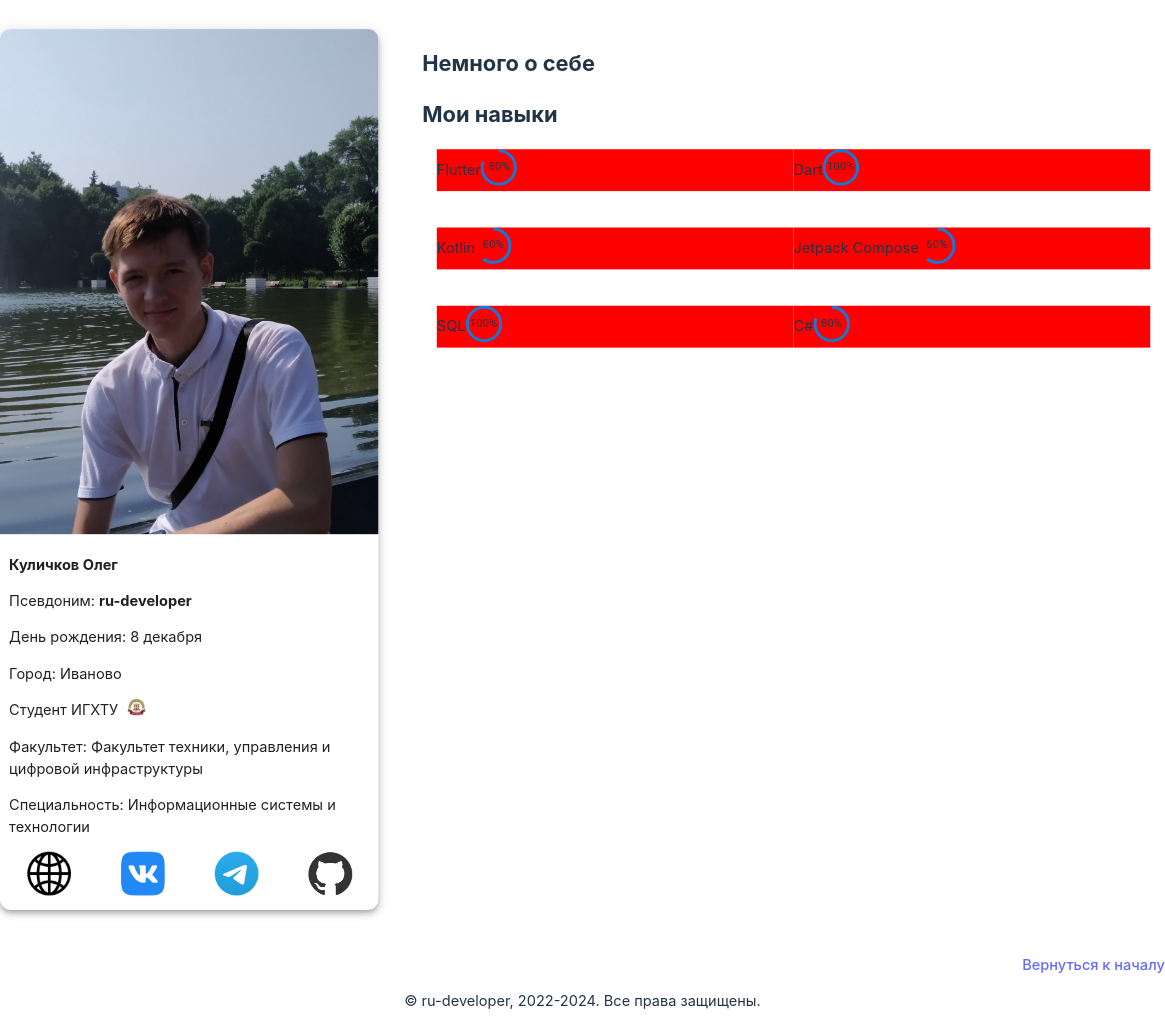
Repository: HubOl01/my_profile
Page: /
These files come from the project's save history. The page is drawn as it stood at one moment and after a run of saves; the edit follows.
The browser window is 1280 px wide. The pictures show the whole page, at 91% of full size.
The project was rebuilt for these pictures with package versions that can differ from the ones it lists, and the page was loaded fresh each time. Also part of the build but not shown: vite.config.ts, src/components/header/Header.module.scss, src/data/websites.ts.

Above is the page before, as saved 2024-03-09 10:46:24.

### src/App.tsx
import { Grid } from '@mui/material'
import './App.css'
import Common from './components/center/Common'
import Footer from './components/footer/Footer'
import Header from './components/header/Header'
import LeftBar from './components/left/LeftBar'
import style from './App.module.scss'

function App() {

  return (
    <>
      <Header />
      <Grid container spacing={2}>
        <Grid className={style.profile} item xs={4}>
          <LeftBar />
        </Grid>
        <Grid item xs>
          <Common />
        </Grid>
      </Grid>
      <Footer />
    </>
  )
}

export default App

### src/App.css
#root {
  max-width: 1280px;
  margin: 0 auto;
  /* padding: 2rem; */
  /* text-align: center; */
}
.logo:hover {
  filter: drop-shadow(0 0 2em #646cffaa);
}
.logo.react:hover {
  filter: drop-shadow(0 0 2em #61dafbaa);
}

@keyframes logo-spin {
  from {
    transform: rotate(0deg);
  }
  to {
    transform: rotate(360deg);
  }
}

@media (prefers-reduced-motion: no-preference) {
  a:nth-of-type(2) .logo {
    animation: logo-spin infinite 20s linear;
  }
}

/* .card {
  padding: 2em;
} */

.read-the-docs {
  color: #888;
}


/* .profile{
  min-width: 100%;
} */

### src/components/center/Common.tsx
import React from 'react'
import styles from './styles.module.scss'
import { Box, Grid } from '@mui/material'
import { CircularProgressWithLabel } from '../atoms/circularProgressWithLabel'
import { my_skills } from '../../data/my_skills'

export default function Common() {
  return (
    <div className={styles.center_common}>
      <h2>Немного о себе</h2>
      <p>

      </p>
      <h2>
        Мои навыки
      </h2>
      <Grid container margin={2} rowGap={5}>
        {
          my_skills.map((skill) =>
            <Grid xs={6}>
              <Box sx={{
               width: "100%",
               background: "red"
              }}>
                <Box
                  style={{
                    display: "inline-block",
                    // position: "relative",
                    // top: "50%",
                    // "textAlign": "left",
                    "textAlign": "center",
                    transform: "translateY(-50%)",
                  }}
                >
                  {skill.name}
                </Box>
                <CircularProgressWithLabel value={skill.progress * 100} />


              </Box>
            </Grid>
          )
        }
        {/*
        <Grid xs={6} ><CircularProgressWithLabel value={my_skills[0].progress}/></Grid> */}
        {/* <Grid xs={6} ><CircularProgressWithLabel value={}/><</Grid>
        <Grid xs={6} ><CircularProgressWithLabel value={}/><</Grid>
        <Grid xs={6} ><CircularProgressWithLabel value={}/><</Grid>
        <Grid xs={6} ><CircularProgressWithLabel value={}/><</Grid>
        <Grid xs={6} ><CircularProgressWithLabel value={}/><</Grid> */}
      </Grid>
      {/* <h2>Хобби</h2>
      <p>
        Я люблю изучать что-то новое. Я программирую на языке программирования
        C# и продолжаю осваивать язык в некоторых направлениях. (Например:
        создание мобильных приложений Xamarin и создание игр Unity)
      </p>
      <h2>Спорт</h2>
      <p>
        Я более 10 лет занимаюсь конькобежным спортом. В 16 лет выполнил
        спортивный разряд кандидат в мастера спорта. Кроме этого, с начала 1
        курса я начал заниматься легкой атлетикой. Принимаю участие в
        соревнованиях в составе сборной ИГХТУ.
      </p> */}
    </div>
  )
}

### src/components/footer/Footer.tsx
import React from 'react'

export default function Footer() {
  return (
    // <footer className="text-muted" style={{
    //   "width":"100%"
    // }}>
      <div className="container">
        <p className="float-right" style={{
      "textAlign": "right"
    }}>
          <a href="#">Вернуться к началу</a>
        </p>
        <p className="footer-text"
        style={{
          "textAlign": "center"
        }}
        >© ru-developer, 2022-{(new Date()).getFullYear()}. Все права защищены.</p>
      </div>
    // </footer>
  )
}

### src/components/header/Header.tsx
import './Header.module.scss'

export default function Header() {
  return (
      <div>
        {/* <h1>About myself</h1> */}
      </div>
  )
}

### src/components/left/LeftBar.tsx
import { Card, Grid } from '@mui/material';
import about from '../../assets/images/About.jpg';
import isuct from '../../assets/images/isuct.png';
import { websites } from '../../data/websites';
import { nickname } from '../../data/my_projects';
import style from './style.module.scss';

const list_web = websites.map((web) =>
  <Grid item xs>
    <div className="web">
      <a
        href={web.href}
        title={web.title}
      >
        <img
          className={style.img_icon}
          alt={web.alt}
          src={web.src}
          width={40}
        />
      </a>
    </div>
  </Grid>
)


const LeftBar = () => {
  return (
    <>
      <Card elevation={5}
      className={style.leftCard}
        sx={{
          borderRadius: 3,
        }} >
        <a title="Куличков Олег" href="https://vk.com/oleg01f">
          <img
            alt="about"
            src={about}
            style={{
              // borderRadius: '15px',
              display: 'flex',
              width: "100%",
            }}
            data-holder-rendered="true"
          />
        </a>
        <div style={{ padding: "5px 10px 10px 10px" }}> {/* top, right, bottom, left */}
          <div>
            <p>
              <b>Куличков Олег</b>
            </p>
            <p>
              Псевдоним: <b>{nickname}</b>
            </p>
            <p>
              <span >День рождения:</span> 8 декабря
            </p>
            <p>
              <span className="text-format">Город:</span> Иваново
            </p>
            <p>
              Студент ИГХТУ
              <img
                className="isuct"
                alt="ISUCT"
                src={isuct}
                width={20}
                style={{ "marginLeft": "10px" }}
              // data-holder-rendered="true"
              />
            </p>
            <p>
              <span className="text-format">Факультет:</span> Факультет техники,
              управления и цифровой инфраструктуры
            </p>
            <p>
              <span className="text-format">Специальность:</span> Информационные
              системы и технологии
            </p>
            {/* <p style={{
              "textAlign": "center",
              "justifyContent": "center",
              display: 'flex',
              width: "100%",

          }}>
            <span className="text-format">Социальные сети</span>
          </p> */}

            <Grid container spacing={2}

              sx={{
                'textAlign': "center",
                // display: 'flex',
                // width: "100%",
              }
              }>
              {list_web}
            </Grid>

          </div>
        </div>


      </Card>
    </>
  )
}

export default LeftBar

### src/App.module.scss
@media (max-width: 425px) {
    .profile{
      min-width: 100%;
    }
  }
  @media screen and (min-width: 426px) {
    .profile{
      min-width: 300px;
    }
  }

### src/components/center/styles.module.scss
.center_common{
    padding: 2rem;
}

### src/components/atoms/circularProgressWithLabel.tsx
import * as React from 'react';
import CircularProgress, {
  CircularProgressProps,
} from '@mui/material/CircularProgress';
import Typography from '@mui/material/Typography';
import Box from '@mui/material/Box';

export function CircularProgressWithLabel(
  props: CircularProgressProps & { value: number },
) {
  return (
    <Box sx={{ position: 'relative', display: 'inline-flex' }}>
      <CircularProgress variant="determinate" {...props} />
      <Box
        sx={{
          top: 0,
          left: 0,
          bottom: 0,
          right: 0,
          position: 'absolute',
          display: 'flex',
          alignItems: 'center',
          justifyContent: 'center',
        }}
      >
        <Typography
          variant="caption"
          component="div"
          // color="text.secondary"
        >{`${Math.round(props.value)}%`}</Typography>
      </Box>
    </Box>
  );
}

export default function CircularWithValueLabel() {
  const [progress, setProgress] = React.useState(10);

  React.useEffect(() => {
    const timer = setInterval(() => {
      setProgress((prevProgress) => (prevProgress >= 100 ? 0 : prevProgress + 10));
    }, 800);
    return () => {
      clearInterval(timer);
    };
  }, []);

  return <CircularProgressWithLabel value={progress} />;
}

### src/data/my_skills.ts
import { FullStack } from "./my_projects";

interface ISkill{
    name: string;
    progress: number;
}

export const my_skills: ISkill[] = [
    {
        name: FullStack.Flutter,
        progress: .80
    },
    {
        name: FullStack.Dart,
        progress: 1
    },
    {
        name: FullStack.Kotlin,
        progress: .6
    },
    {
        name: FullStack.Jetpack_Compose,
        progress: .6
    },
    {
        name: FullStack.SQL,
        progress: 1
    },
    {
        name: FullStack.C_sharp,
        progress: .8
    }
]

### src/data/my_projects.ts
export interface IProjects {
  title: string;
  description: string[];
  url_icon: string;
  url_images: string[];
  url_stores: string[];
  url_sources: string[];
  creator: string;
  fullStack: string[];
  platforms: string[];
  color: string;
}
export const nickname = "ru-developer";
export enum Platforms {
  Android = "Android",
  IOS = "IOS",
  Windows = "Windows",
  Linux = "Linux",
  Web = "Web",
}
// enum Colors {
//   Red = "",
//   White = "",
//   Black = "",
//   Green = "",
// }
export enum FullStack {
  Flutter = "Flutter",
  Dart = "Dart",
  Kotlin = "Kotlin",
  Jetpack_Compose = "Jetpack Compose",
  Winforms = "Winforms",
  C_sharp = "C#",
  React = "React",
  Typescript = "Typescript",
  Retrofit = "Retrofit",
  PHP = "PHP",
  SQLite = "SQLite",
  SQL = "SQL",
  MySQL = "MySQL",
  PostgreSQL = "PostgreSQL",
  Git = "Git",
  HTML = "HTML",
  CSS = "CSS",
  SCSS = "SCSS",
  Vite = "Vite",
}

export const projects: IProjects[] = [
  {
    title: "My Songbook",
    description: [
      "My Songbook – это творческая мастерская в вашем кармане. Независимо от того, являетесь ли вы гитаристом, певцом, композитором или просто энтузиастом музыки, это приложение поможет вам воплотить ваши музыкальные идеи в жизнь.",
      "\n",
      "Основные возможности:",
      "\n",
      "- Записывайте и редактируйте песни: Создавайте музыку в любое время, в любом месте. Записывайте мелодии, добавляйте тексты и настраивайте аранжировки – все это в вашем распоряжении.",
      "- Справочник аккордов для гитары: Независимо от вашего уровня мастерства, наше приложение предлагает обширный справочник аккордов для гитары. Найдите нужный аккорд и создайте свой собственный уникальный звук.",
      "- Автоскролл и легкая навигация: Никогда больше не теряйтесь в тексте. Функция автоскролла позволяет вам сконцентрироваться на музыке, а не на прокрутке текста.",
      "- Делитесь своей музыкой: Поделитесь своими произведениями с миром через социальные сети непосредственно из приложения. Позвольте всем услышать вашу творческую энергию.",
      "- Аудиофайлы с песнями: Сохраняйте свои композиции в виде аудиофайлов. Прослушивайте их в любое время или отправляйте друзьям и коллегам.",
      "\n",
      "Почему выбрать My Songbook?",
      "\n",
      "- Простота и удобство: Даже если вы начинающий музыкант, вы сможете создавать профессиональные композиции с легкостью.",
      "- Безопасное хранение ваших произведений: Ваши записи остаются конфиденциальными. Спокойно работайте над своими идеями, зная, что они в безопасности.",
      "\n",
      "Неважно, вы начинающий музыкант или профессионал, My Songbook поможет вам создать и поделиться музыкой, которая касается сердец. Начните свое музыкальное путешествие сегодня!",
    ],
    url_icon: "",
    url_images: [],
    url_stores: [
      "https://apps.rustore.ru/app/ru.ru_developer.my_songbook",
      "https://appgallery.huawei.com/app/C109087129",
      "https://global.app.mi.com/details?lo=RU&la=en_US&id=ru.ru_developer.my_songbook.mi",
    ],
    url_sources: ["https://github.com/HubOl01/my_songbook"],
    creator: nickname,
    fullStack: [FullStack.Flutter, FullStack.Dart],
    platforms: [Platforms.Android],
    color: "",
  },
  {
    title: "Мой универ - ИГХТУ",
    description: [
      '"Мой универ - ИГХТУ" - это мобильное приложение, специально разработанное для студентов Ивановского государственного химико-технологического университета. Вы теперь сможете посмотреть расписание пар даже без интернета! Также можно получать уведомления об информации пар каждый день. В приложении также доступны заметки и вы можете записывать лекции, делать пометки, прикреплять ссылки и также делиться ими.',
      "\n",
      "Основные функции приложения:",
      "\n",
      "- Календарь с расписанием пар на текущий день",
      "- Расписание лекций, практик и семинаров",
      "- Новости ВУЗа",
      "- Вход в moodle ИГХТУ",
      "- Расписание преподавателей, сессий",
      "- Поисковик",
      "- Заметки, конспекты",
      "- Уведомления об информации пар на каждый день",
      "\n",
      "Также приложение адаптировано под планшеты      ",
    ],
    url_icon: "",
    url_images: [],
    url_stores: [
      "https://apps.rustore.ru/app/ru.ru_developer.my_university_isuct",
    ],
    url_sources: ["https://github.com/HubOl01/my_university_isuct"],
    creator: nickname,
    fullStack: [FullStack.Flutter, FullStack.Dart, FullStack.PHP],
    platforms: [Platforms.Android],
    color: "",
  },
  {
    title: "MyAppHome",
    description: ["Приложение для многоквартирных домов"],
    url_icon: "",
    url_images: [],
    url_stores: [],
    url_sources: [],
    creator: "Создано вместе с командой OVERLAGO",
    fullStack: [FullStack.Flutter, FullStack.Dart],
    platforms: [Platforms.Android],
    color: "",
  },
  {
    title: "City Adventures",
    description: [],
    url_icon: "",
    url_images: [],
    url_stores: [],
    url_sources: [],
    creator: "Создано с командой на хакатоне",
    fullStack: [FullStack.Flutter, FullStack.Dart],
    platforms: [Platforms.Android],
    color: "",
  },
  {
    title: "Bellisemo",
    description: ["Student project for study architectural technologies"],
    url_icon: "",
    url_images: [],
    url_stores: [],
    url_sources: [],
    creator: "Student project",
    fullStack: [FullStack.React, FullStack.Typescript],
    platforms: [Platforms.Web],
    color: "",
  },
  {
    title: "Weather",
    description: ["Student project for study kotlin jetpack compose"],
    url_icon: "",
    url_images: [],
    url_stores: [],
    url_sources: [],
    creator: nickname,
    fullStack: [
      FullStack.Jetpack_Compose,
      FullStack.Kotlin,
      FullStack.Retrofit,
    ],
    platforms: [Platforms.Android],
    color: "",
  },
  {
    title: "My portfolio",
    description: ["Вебсайт для показа своих проектов, которые мы видим здесь"],
    url_icon: "",
    url_images: [],
    url_stores: [],
    url_sources: [],
    creator: nickname,
    fullStack: [FullStack.React, FullStack.Typescript],
    platforms: [Platforms.Web],
    color: "",
  },
];

### src/components/left/style.module.scss
@media (max-width: 699px) {
    .img_icon {
        width: 2em;
        // height: 50%;
    }
}
@media screen and (min-width: 700px) {
    .img_icon {
        width: 3em;
        // height: 50%;
    }
}
// @media screen and (max-width: 768px) {
//     .img_icon {
//         width: 50px;
//         height: 50px;
//     }
// }
div {
    display: "flex";
}
.leftCard {
    margin: 2em 0;
}
/* // .custom-card{

// } */

Loaded but not shown: index.html (common file); src/main.tsx (common file); src/index.css (common file)

After the next 4 saves:
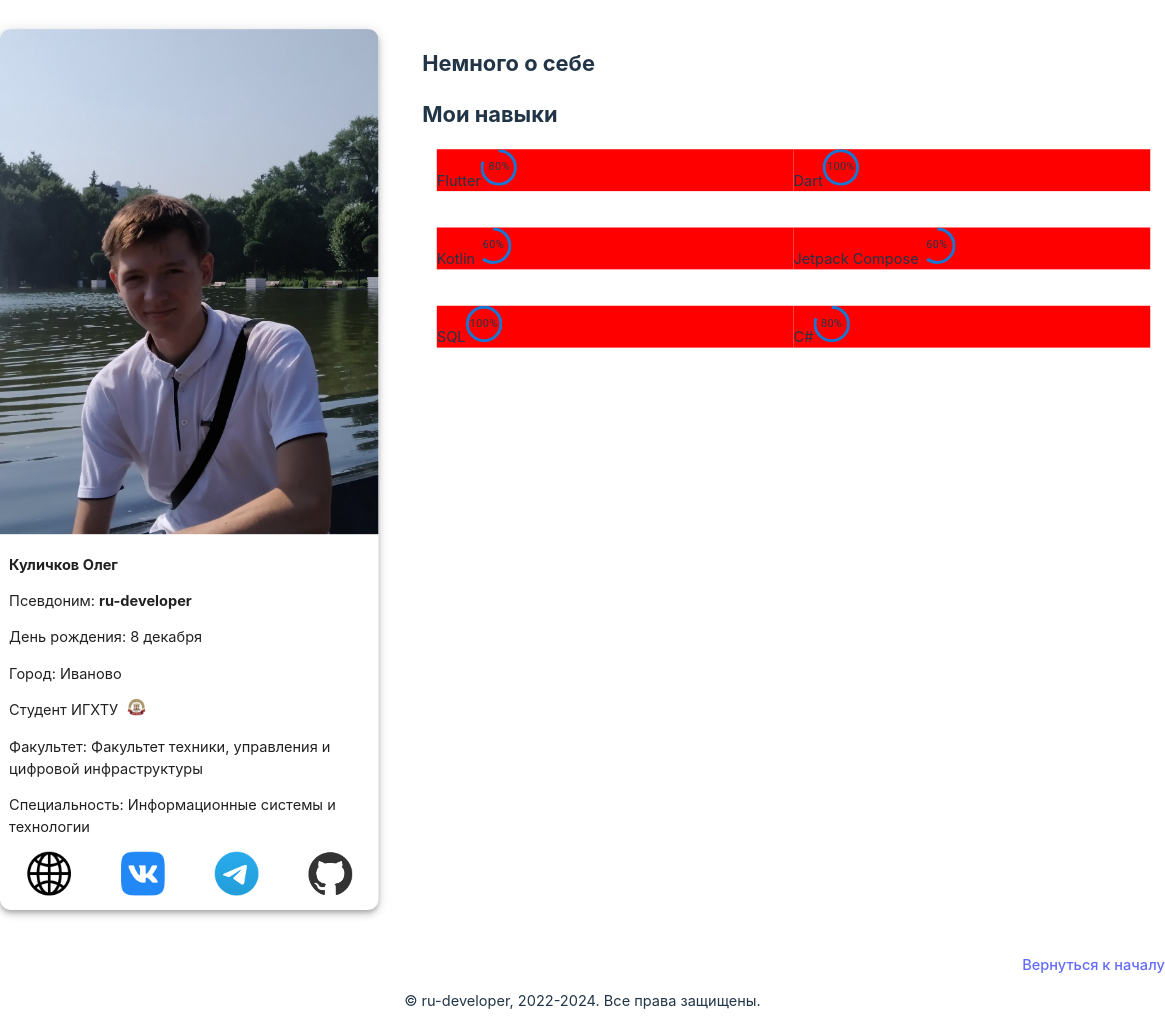
The 4 saves are shown as one change because 2 did not build or start and some came seconds apart.
The last was saved 19 s later.
--- a/src/components/center/Common.tsx
+++ b/src/components/center/Common.tsx
@@ -22,18 +22,8 @@ export default function Common() {
                width: "100%",
                background: "red"
               }}>
-                <Box
-                  style={{
-                    display: "inline-block",
-                    // position: "relative",
-                    // top: "50%",
-                    // "textAlign": "left",
-                    "textAlign": "center",
-                    transform: "translateY(-50%)",
-                  }}
-                >
                   {skill.name}
-                </Box>
+
                 <CircularProgressWithLabel value={skill.progress * 100} />
 
 
